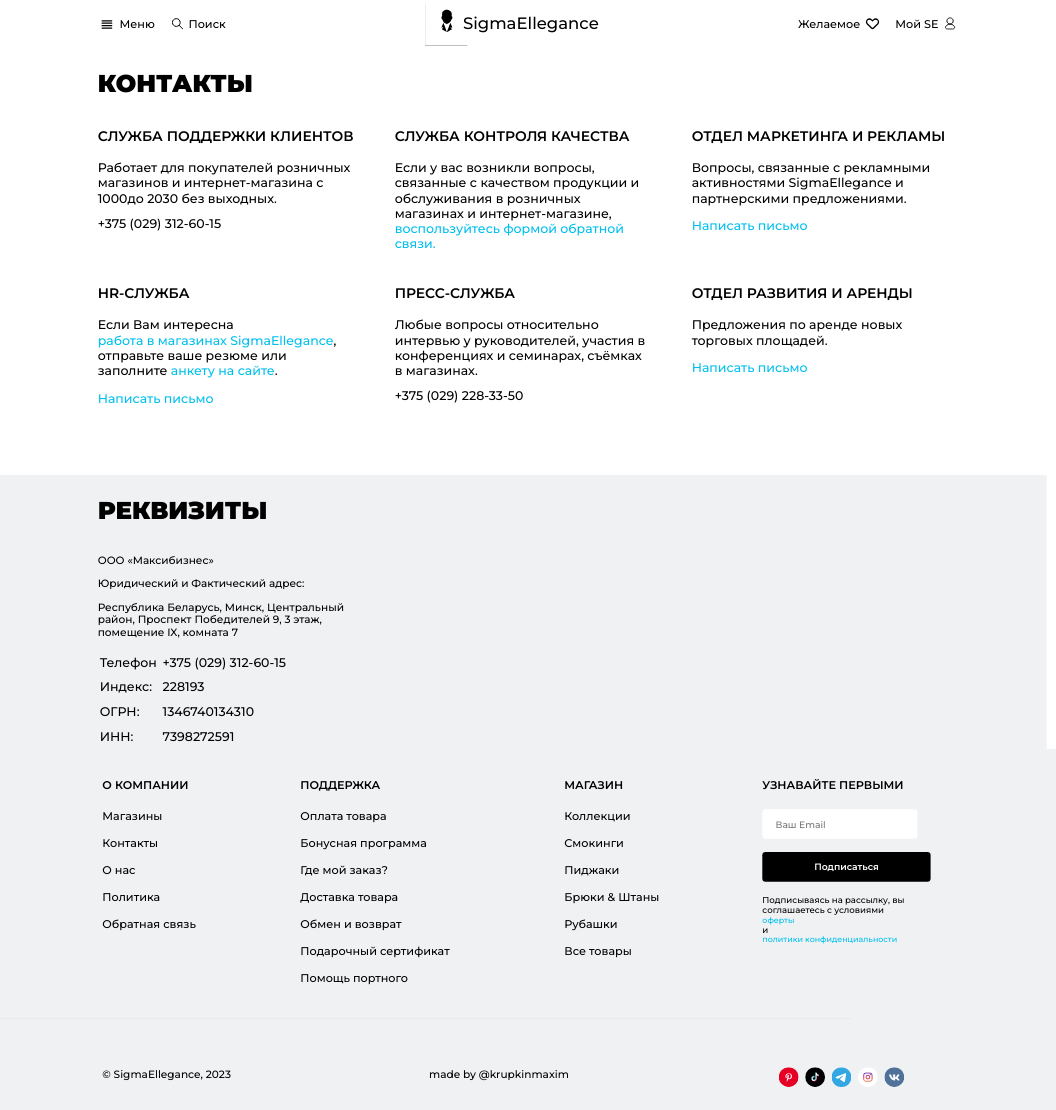
Repository: MaksimKrupkin/SigmaEllegance
Page: /contacts
The author's editor kept a copy of each file at every save. The page is drawn from the files as they stood at one save, then again after the next save.
The browser window is 1280 px wide. The page is 1600 px wide, so the pictures cover 1600 px, including what lies to the right of the window. The pictures show the whole page, at 66% of full size.
Some web fonts or font styles are not loaded; a fallback is used. The project was rebuilt for these pictures with package versions that can differ from the ones it lists, and the page was loaded fresh each time. Also part of the build but not shown: src/Components/SideBar/SideBar.module.css, src/Components/SideBar/SideBar.jsx, src/Pages/HomePage.module.css, src/Components/SliderWrapper/SliderWrapper.module.css, src/Components/SliderCard/SliderCard.module.css, src/Components/SliderCard/SliderCard.jsx, src/Components/LeftArrow/LeftArrow.module.css, src/Components/LeftArrow/LeftArrow.jsx and 25 more.

Above is the page before, as saved 2023-12-18 17:56:55.

### public/index.html
<!DOCTYPE html>
<html lang="en">
  <head>
    <meta charset="utf-8" />

    <meta name="viewport" content="width=device-width, initial-scale=1" />

    <link rel="preconnect" href="https://fonts.googleapis.com" />
    <link rel="preconnect" href="https://fonts.gstatic.com" crossorigin />
    <link
      href="https://fonts.googleapis.com/css2?family=Roboto:wght@400;500;700&display=swap"
      rel="stylesheet" />
    <link
      href="https://fonts.googleapis.com/css2?family=Montserrat:ital,wght@0,300;0,500;0,600;0,900;1,400;1,500&family=Roboto:wght@400;500;700&display=swap"
      rel="stylesheet" />
    <link rel="preconnect" href="https://fonts.googleapis.com" />
    <link rel="preconnect" href="https://fonts.gstatic.com" crossorigin />
    <link
      href="https://fonts.googleapis.com/css2?family=Montserrat:wght@300&family=Roboto:wght@400;500;700&display=swap"
      rel="stylesheet" />
    <link href="https://fonts.cdnfonts.com/css/montserrat" rel="stylesheet" />
    <title>SigmaEllegance</title>
  </head>
  <body>
    <div id="root"></div>
  </body>
</html>

### src/index.js
import React from 'react';
import ReactDOM from 'react-dom/client';
import App from './App';
import { BrowserRouter } from 'react-router-dom';

const root = ReactDOM.createRoot(document.getElementById('root'));
root.render(
  <React.StrictMode>
    <BrowserRouter>
      <App />
    </BrowserRouter>
  </React.StrictMode>,
);

### src/App.js
import Header from './Components/Header/Header';
import HomePage from './Pages/HomePage';
import styles from './App.module.css';
import GoodsPage from './Pages/GoodsPage/GoodsPage';
import OpenGoodPage from './Pages/OpenGoodPage/OpenGoodPage';
import Footer from './Components/Footer/Footer';
import { BrowserRouter, Route, Routes } from 'react-router-dom';
import AboutUs from './Pages/AboutUs/AboutUs';
import SearchPage from './Pages/SearchPage/SearchPage';
import React from 'react';
import { useState } from 'react';
import { useParams } from 'react-router-dom';
import Contacts from './Pages/Contacts/Contacts';
function App() {
  const { category, id } = useParams();
  return (
    <div className={styles.container}>
      <Header />
      <Routes>
        <Route path="/" element={<HomePage />} />
        <Route path="/goodspage/" element={<GoodsPage />} />
        <Route path="/goodspage/:category" element={<GoodsPage />} />
        <Route path="/goodspage/:category/:id" element={<OpenGoodPage />} />
        <Route path="/opengoodspage" element={<OpenGoodPage />} />
        <Route path="/opengoodspage/:category/:id" element={<OpenGoodPage />} />
        <Route path="/aboutUsPage" element={<AboutUs />} />
        <Route path="/searchPage" element={<SearchPage />} />
        <Route path="/contacts" element={<Contacts />} />
      </Routes>

      <Footer />
    </div>
  );
}

export default App;

### src/Components/Header/Header.jsx
import React from 'react';
import { useState } from 'react';
import { Link } from 'react-router-dom';
import styles from './Header.module.css';
import logo from '../../assets/img/logo.svg';
import icon1 from '../../assets/img/Icon1.svg';
import icon2 from '../../assets/img/icon2.svg';
import icon3 from '../../assets/img/icon3.svg';
import icon4 from '../../assets/img/icon4.svg';
import SideBar from '../SideBar/SideBar';

function Header() {
  const [toggleMenu, setToggleMenu] = useState(false);
  const HandleToggle = () => {
    setToggleMenu(!toggleMenu);
  };
  console.log(toggleMenu);
  return (
    <header className={styles.header}>
      <div className={styles.left_part}>
        <div onClick={HandleToggle} className={styles.menu}>
          <img className={styles.icon1} src={icon1} alt="" />
          <p>Меню</p>
        </div>
        {toggleMenu && <SideBar HandleToggle={HandleToggle} />}

        <Link to="/searchPage" className={styles.search}>
          <img className={styles.icon2} src={icon2} alt="" />
          <p>Поиск</p>
        </Link>
      </div>
      <Link to="/" className={styles.logo_part}>
        <img className={styles.logo} src={logo} alt="" />
        <p>SigmaEllegance</p>
      </Link>
      <div className={styles.right_part}>
        <a className={styles.liked}>
          <p>Желаемое</p>
          <img className={styles.icon3} src={icon3} alt="" />
        </a>
        <a className={styles.purchases}>
          <p>Мой SE</p>
          <img className={styles.icon4} src={icon4} alt="" />
        </a>
      </div>
    </header>
  );
}

export default Header;

### src/App.module.css
body {
  font-family: 'Montserrat', sans-serif;
  display: block;
  margin: 0 auto;
  padding: 0;
  width: 100%;
  position: relative;
  overflow-x: hidden;
}
.container {
  width: 1600px;
  display: block;
  margin: 0 auto;
}

*,
*::before,
*::after {
  box-sizing: border-box;
}

/* Links */

a,
a:link,
a:visited {
  text-decoration: none;
}

a:hover {
  text-decoration: none;
}

/* Common */

aside,
nav,
header,
section,
main {
  display: block;
}

h1,
h2,
h3,
h4,
h5,
h6,
p {
  font-size: inherit;
  font-weight: inherit;
}

ul,
ul li {
  list-style: none;
}

img {
  vertical-align: top;
}

img,
svg {
  max-width: 100%;
  height: auto;
}

address {
  font-style: normal;
}

/* Form */

input,
textarea,
button,
select {
  font-family: inherit;
  font-size: inherit;
  color: inherit;
  background-color: transparent;
}

input::-ms-clear {
  display: none;
}

button,
input[type='submit'] {
  display: inline-block;
  box-shadow: none;
  background-color: transparent;
  background: none;
  cursor: pointer;
}

input:focus,
input:active,
button:focus,
button:active {
  outline: none;
}

button::-moz-focus-inner {
  padding: 0;
  border: 0;
}

label {
  cursor: pointer;
}

legend {
  display: block;
}

### src/Components/Footer/Footer.jsx
import React from 'react';
import icon1 from '../../assets/img/pint.svg';
import icon2 from '../../assets/img/TT.svg';
import icon3 from '../../assets/img/TG.svg';
import icon4 from '../../assets/img/IG.svg';
import icon5 from '../../assets/img/VK.svg';
import styles from './Footer.module.css';

export default function Footer() {
  return (
    <footer className={styles.footer}>
      <div className={styles.column_1}>
        <a className={styles.column_title}>О компании</a>
        <a className={styles.column_item}> Магазины</a>
        <a className={styles.column_item}>Контакты</a>
        <a className={styles.column_item}>О нас</a>
        <a className={styles.column_item}>Политика</a>
        <a className={styles.column_item}>Обратная связь</a>
      </div>
      <div className={styles.column_2}>
        <a className={styles.column_title}>Поддержка</a>
        <a className={styles.column_item}> Оплата товара</a>
        <a className={styles.column_item}>Бонусная программа</a>
        <a className={styles.column_item}>Где мой заказ?</a>
        <a className={styles.column_item}>Доставка товара</a>
        <a className={styles.column_item}>Обмен и возврат</a>
        <a className={styles.column_item}>Подарочный сертификат</a>
        <a className={styles.column_item}>Помощь портного</a>
      </div>
      <div className={styles.column_3}>
        <a className={styles.column_title}>Магазин</a>
        <a className={styles.column_item}> Коллекции</a>
        <a className={styles.column_item}>Смокинги</a>
        <a className={styles.column_item}>Пиджаки</a>
        <a className={styles.column_item}>Брюки & Штаны</a>
        <a className={styles.column_item}>Рубашки</a>
        <a className={styles.column_item}>Все товары</a>
      </div>
      <div className={styles.footer_form}>
        <div className={styles.footer_form_title}>Узнавайте первыми</div>
        <form action={styles.text}>
          <input className={styles.footer_form_email} type="text" placeholder="Ваш Email" />
        </form>
        <div className={styles.footer_button}>
          <div className={styles.footer_link}>Подписаться</div>
        </div>
        <div className={styles.policy}>
          Подписываясь на рассылку, вы соглашаетесь с условиями{' '}
          <a href="" className={styles.policy_link}>
            оферты
          </a>{' '}
          и <a className={styles.policy_link}>политики конфиденциальности</a>{' '}
        </div>
      </div>
      <div className={styles.footer_border}>
        <img src="/img/Border.svg" alt="" />
      </div>
      <div className={styles.sigma_corp}>© SigmaEllegance, 2023</div>
      <div className={styles.made_by}>made by @krupkinmaxim</div>
      <div className={styles.social_networks}>
        <img className={styles.pintrest} src={icon1} alt="" />
        <img className={styles.tik_tok} src={icon2} alt="" />
        <img className={styles.telegram} src={icon3} alt="" />
        <img className={styles.instagram} src={icon4} alt="" />
        <img className={styles.vk} src={icon5} alt="" />
      </div>
    </footer>
  );
}

### src/Pages/Contacts/Contacts.jsx
import React from 'react';
import { Link } from 'react-router-dom';
import styles from './Contacts.module.css';

export default function Contacts() {
  return (
    <div className={styles.container}>
      <div className={styles.top_part}>
        <h2 className={styles.title}>Контакты</h2>
        <div className={styles.paragraphs}>
          <div className={styles.item}>
            <div className={styles.subtitle}>служба поддержки клиентов</div>
            <div className={styles.text}>
              Работает для покупателей розничных магазинов и интернет-магазина с 1000до 2030 без
              выходных.
            </div>
            <span className={styles.phoneNumber}>+375 (029) 312-60-15</span>
          </div>
          <div className={styles.item}>
            <div className={styles.subtitle}>служба контроля качества</div>
            <div className={styles.text}>
              Если у вас возникли вопросы, связанные с качеством продукции и обслуживания в
              розничных магазинах и интернет-магазине,
              <Link className={styles.link}> воспользуйтесь формой обратной связи.</Link>
            </div>
          </div>
          <div className={styles.item}>
            <div className={styles.subtitle}>Отдел маркетинга и рекламы</div>
            <div className={styles.text}>
              Вопросы, связанные с рекламными активностями SigmaEllegance и партнерскими
              предложениями.
            </div>
            <br />
            <Link className={styles.link}>Написать письмо</Link>
          </div>
          <div className={styles.item}>
            <div className={styles.subtitle}>HR-служба</div>
            <div className={styles.text}>
              Если Вам интересна{' '}
              <Link className={styles.link}>работа в магазинах SigmaEllegance</Link>, отправьте ваше
              резюме или заполните <Link className={styles.link}>анкету на сайте</Link>.
            </div>
            <br />
            <Link className={styles.link}>Написать письмо</Link>
          </div>
          <div className={styles.item}>
            <div className={styles.subtitle}>Пресс-служба</div>
            <div className={styles.text}>
              Любые вопросы относительно интервью у руководителей, участия в конференциях и
              семинарах, съёмках в магазинах.
            </div>
            <span className={styles.phoneNumber}>+375 (029) 228-33-50</span>
          </div>
          <div className={styles.item}>
            <div className={styles.subtitle}>Отдел развития и аренды</div>
            <div className={styles.text}>Предложения по аренде новых торговых площадей.</div>
            <br />
            <Link className={styles.link}>Написать письмо</Link>
          </div>
        </div>
      </div>
      <div className={styles.bottom_part}>
        <div className={styles.bottom_part_container}>
          <h2 className={styles.title}>Реквизиты</h2>
          <div className={styles.leftPart}>
            <p>ООО «Максибизнес»</p>
            <p>Юридический и Фактический адрес:</p>
            <p>
              Республика Беларусь, Минск, Центральный район, Проспект Победителей 9, 3 этаж,
              помещение IX, комната 7
            </p>
            <table className={styles.table}>
              <tr>
                <td className={styles.first_row}>Телефон</td>
                <td className={styles.second_row}>+375 (029) 312-60-15</td>
              </tr>
              <tr>
                <td className={styles.first_row}>Индекс:</td>
                <td className={styles.second_row}>228193</td>
              </tr>
              <tr>
                <td className={styles.first_row}>ОГРН:</td>
                <td className={styles.second_row}>1346740134310</td>
              </tr>
              <tr>
                <td className={styles.first_row}>ИНН:</td>
                <td className={styles.second_row}>7398272591</td>
              </tr>
            </table>
          </div>
        </div>
      </div>
    </div>
  );
}

### src/Components/Header/Header.module.css
.header {
  font-family: 'Montserrat', sans-serif;
  margin: 0 auto;
  width: 100%;
  height: 10vh;
  display: flex;
  justify-content: space-around;
  align-items: center;
}

.left_part {
  display: flex;
  justify-content: space-between;
  align-items: center;
  gap: 25px;
  color: #000;
  margin-bottom: -2px;

  font-family: Montserrat;
  font-size: 17px;
  font-style: normal;
  font-weight: 500;
  line-height: normal;
}
.menu {
  display: flex;
  justify-content: space-between;
  align-items: center;
  gap: 8px;
  cursor: pointer;
}
.menu:hover {
  color: rgb(80, 77, 77);
}
.icon1 {
  width: 22px;
  height: 22px;
  margin-bottom: 1px;
}
.search {
  display: flex;
  justify-content: space-between;
  align-items: center;
  gap: 8px;
  cursor: pointer;
  color: black;
}

.search:hover {
  color: rgb(80, 77, 77);
}
.icon2 {
  width: 18px;
  height: 18px;
  margin-bottom: 3px;
}

.logo_part {
  margin-bottom: 3px;
  display: flex;
  justify-content: space-between;
  align-items: center;

  color: #000;

  font-family: Montserrat;
  font-size: 25px;
  font-style: normal;
  font-weight: 400;
  line-height: normal;
  cursor: pointer;
}

.logo {
  width: 67.375px;
  height: 69.103px;
  flex-shrink: 0;
  margin-right: -10px;
}
.right_part {
  margin-bottom: -2px;
  display: flex;
  justify-content: space-between;
  align-items: center;
  gap: 23px;
  font-family: Montserrat;
  font-size: 17px;
  font-style: normal;
  font-weight: 500;
  line-height: normal;
}

.liked {
  display: flex;
  justify-content: space-between;
  align-items: center;
  gap: 8px;
  cursor: pointer;
}
.liked:hover {
  color: rgb(80, 77, 77);
}
.icon3 {
  width: 22px;
  height: 22px;
  margin-bottom: 3px;
}

.purchases {
  display: flex;
  justify-content: space-between;
  align-items: center;
  gap: 8px;
  cursor: pointer;
}
.purchases:hover {
  color: rgb(80, 77, 77);
}

.icon4 {
  width: 19px;
  height: 19px;
  margin-bottom: 3px;
}

### src/Components/Footer/Footer.module.css
.footer {
  background-color: #eff1f3;
  width: 1600px;
  height: 547px;
  position: absolute;
  overflow-y: hidden;
}
a {
  display: block;
}

.column_1 {
  position: absolute;
  top: 45px;
  left: 155px;
}

.column_2 {
  position: absolute;
  top: 45px;
  left: 455px;
}

.column_3 {
  position: absolute;
  top: 45px;
  left: 855px;
}
.column_title {
  font-style: normal;
  font-weight: 600;
  font-size: 17px;
  line-height: 21px;
  text-transform: uppercase;
  color: #000000;
  margin-bottom: 25px;
}

.column_item {
  font-family: 'Montserrat';
  font-style: normal;
  font-weight: 400;
  font-size: 17px;
  line-height: 21px;
  color: #000000;
  margin-bottom: 20px;
  cursor: pointer;
}

.footer_form {
  position: absolute;
  top: 45px;
  left: 1155px;
}

.footer_form_title {
  font-style: normal;
  font-weight: 600;
  font-size: 17px;
  line-height: 21px;
  text-transform: uppercase;
  color: #000000;
  margin-bottom: 25px;
}
.footer {
  opacity: 1;
}
.footer_form_email {
  width: 235px;
  height: 45px;
  background-color: white;
  border: none;
  border-radius: 5px;
  font-style: normal;
  font-weight: 400;
  font-size: 14px;
  line-height: 17px;
  padding-left: 20px;
  color: rgba(0, 0, 0, 0.4);
}
.footer_form_email:focus {
  border: 2px solid black;
}

.footer_button {
  margin-top: 20px;
  margin-bottom: 20px;
  width: 255px;
  background-color: #000000;
  border-radius: 5px;
  text-align: center;
  font-style: normal;
  font-weight: 600;
  font-size: 14px;
  line-height: 45px;
  color: #ffffff;
  cursor: pointer;
}
.footer_link {
  color: #ffffff;
}

.policy {
  width: 254px;
  font-style: normal;
  font-weight: 400;
  font-size: 13px;
  line-height: 15px;
  color: #000000;
}
.policy_link {
  font-style: normal;
  font-weight: 400;
  font-size: 12px;
  line-height: 15px;
  color: #00bfed;
}

.footer_border {
  position: absolute;
  bottom: 120px;
}

.sigma_corp {
  position: absolute;
  left: 155px;
  bottom: 45px;

  font-weight: 500;
}

.made_by {
  position: absolute;
  left: 650px;
  bottom: 45px;
  font-weight: 500;
}

.social_networks {
  position: absolute;
  left: 1180px;
  bottom: 35px;
}
.pintrest {
  width: 30px;
  height: 30px;
  margin-right: 10px;
  transition: all 0.1s ease-in;
  cursor: pointer;
}
.pintrest:hover {
  width: 35px;
  height: 35px;
  transform: translateY(-3px);
}
.tik_tok {
  width: 30px;
  height: 30px;
  margin-right: 10px;
  transition: all 0.1s ease-in;
  cursor: pointer;
}
.tik_tok:hover {
  width: 35px;
  height: 35px;
  transform: translateY(-3px);
}
.telegram {
  width: 30px;
  height: 30px;
  margin-right: 10px;
  transition: all 0.1s ease-in;
  cursor: pointer;
}
.telegram:hover {
  width: 35px;
  height: 35px;
  transform: translateY(-3px);
}
.instagram {
  width: 30px;
  height: 30px;
  margin-right: 10px;
  transition: all 0.1s ease-in;
  cursor: pointer;
}
.instagram:hover {
  width: 35px;
  height: 35px;
  transform: translateY(-3px);
}
.vk {
  width: 30px;
  height: 30px;
  margin-right: 10px;
  transition: all 0.1s ease-in;
  cursor: pointer;
}
.vk:hover {
  width: 35px;
  height: 35px;
  transform: translateY(-3px);
}

### src/Pages/Contacts/Contacts.module.css
.container {
  width: 1586px;

  display: flex;
  flex-direction: column;
  justify-content: center;
  align-items: center;
  gap: 50px;
}
.top_part {
  width: 1290px;
  height: 83vh;
}
.title {
  color: #000;
  font-family: Montserrat;
  font-size: 37px;
  font-style: normal;
  font-weight: 700;
  line-height: normal;
  text-transform: uppercase;
  margin-bottom: 45px;
}
.paragraphs {
  display: flex;
  justify-content: space-between;
  align-items: top;
  flex-wrap: wrap;
  gap: 50px;
}
.item {
  width: 390px;
}
.subtitle {
  color: #000;

  font-family: Montserrat;
  font-size: 21px;
  font-style: normal;
  font-weight: 600;
  line-height: normal;
  text-transform: uppercase;
  margin-bottom: 25px;
}
.text {
  color: #000;

  font-family: Montserrat;
  font-size: 19px;
  font-style: normal;
  font-weight: 400;
  line-height: normal;
}
.phoneNumber {
  display: block;
  margin-top: 15px;
  color: #000;

  font-family: Montserrat;
  font-size: 19px;
  font-style: normal;
  font-weight: 500;
  line-height: normal;
}
.link {
  display: inline-block;
  color: #00bfed;
  font-family: Montserrat;
  font-size: 19px;
  font-style: normal;
  font-weight: 400;
  line-height: normal;
}

.bottom_part {
  width: 1586px;
  background-color: #eff1f3;
  display: flex;
  justify-content: center;
}
.bottom_part_container {
  width: 1290px;
}
.leftPart {
  width: 410px;
}
.table {
  width: 298px;
  height: 152px;
}
.first_row {
  color: #000;

  font-family: Montserrat;
  font-size: 19px;
  font-style: normal;
  font-weight: 400;
  line-height: normal;
}
.second_row {
  color: #000;

  font-family: Montserrat;
  font-size: 19px;
  font-style: normal;
  font-weight: 500;
  line-height: normal;
}

After the next save:
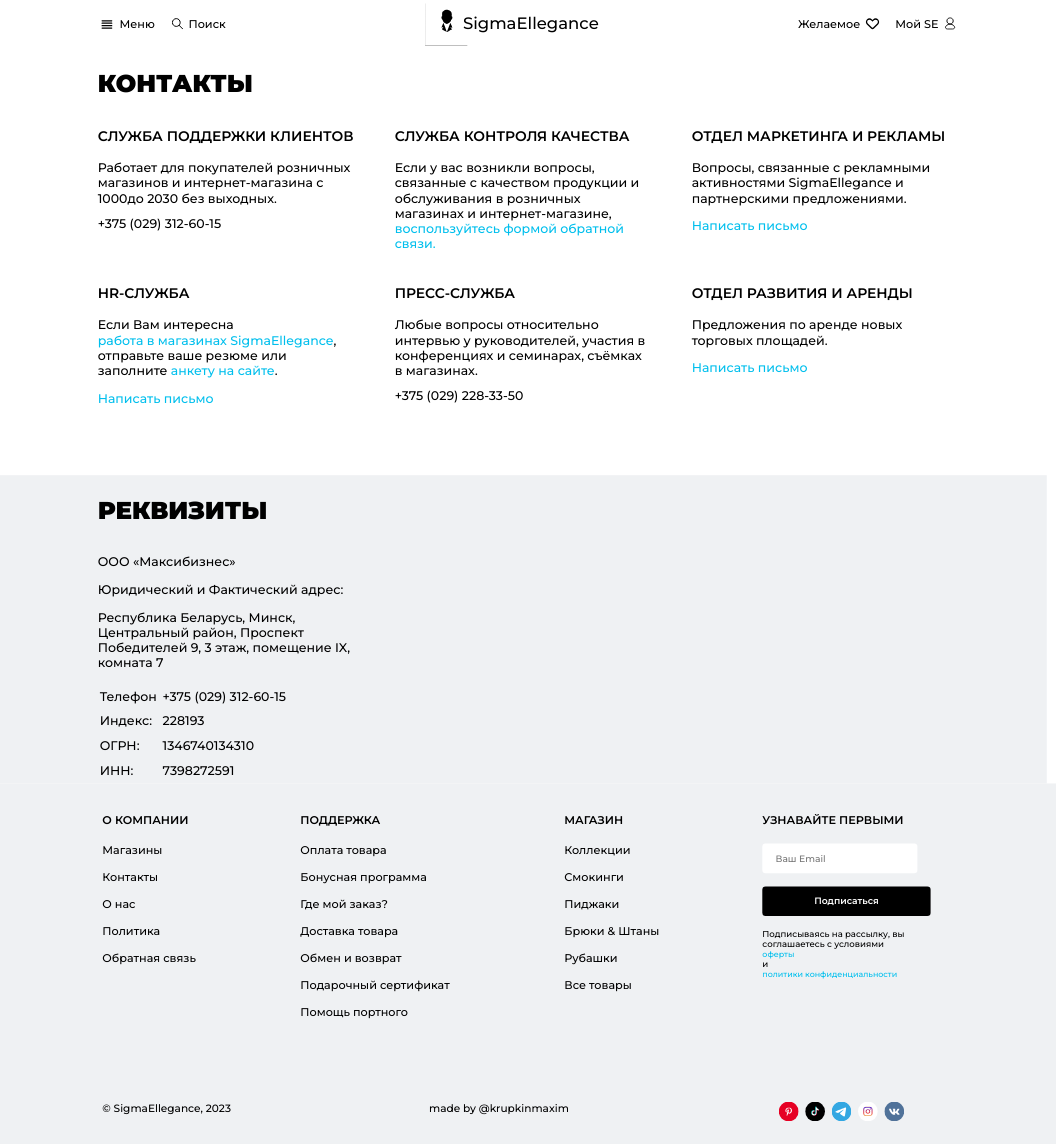
Saved 9 s later.
--- a/src/Pages/Contacts/Contacts.module.css
+++ b/src/Pages/Contacts/Contacts.module.css
@@ -83,6 +83,13 @@
 }
 .leftPart {
   width: 410px;
+  color: #000;
+
+  font-family: Montserrat;
+  font-size: 19px;
+  font-style: normal;
+  font-weight: 400;
+  line-height: normal;
 }
 .table {
   width: 298px;
